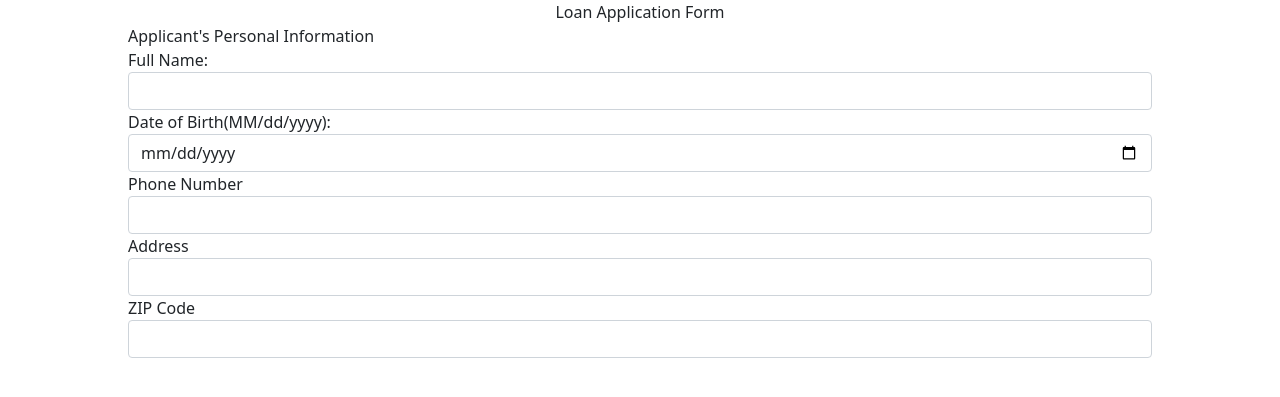
Repository: AnhDuc0125/HTML-Aptech
Page: bt2024/index.html
An editor plug-in stored every save of this project. The page is shown before and after the next save, followed by the edit.
The browser window is 1280 px wide. The pictures show the whole page.

Above is the page before, as saved 2021-12-25 14:05:40.

After the next save:
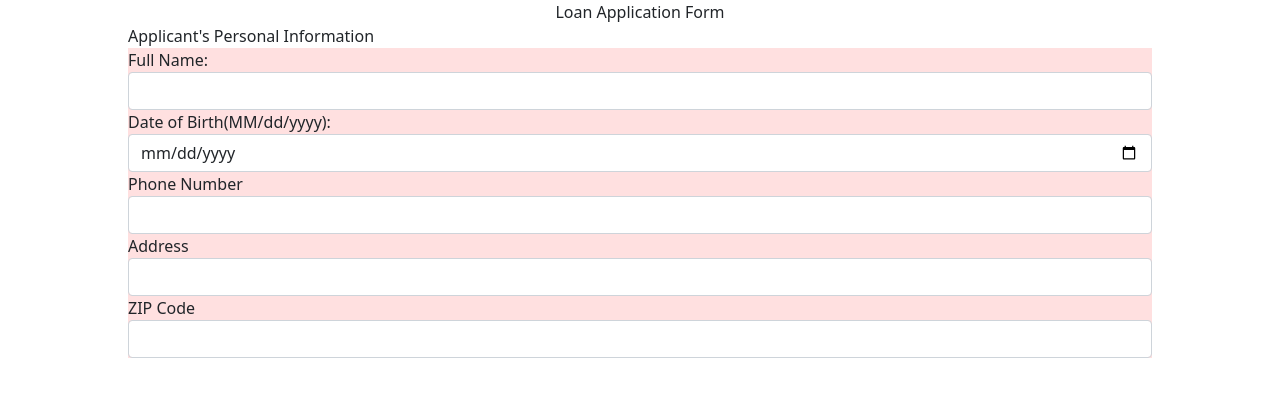
Saved 23 s later.
--- a/bt2024/style.css
+++ b/bt2024/style.css
@@ -1,6 +1,10 @@
 body {
     margin: 0;
     padding: 0;
+}
+
+form {
+    background-color: #ffe0e0;
 }
 
 header {
